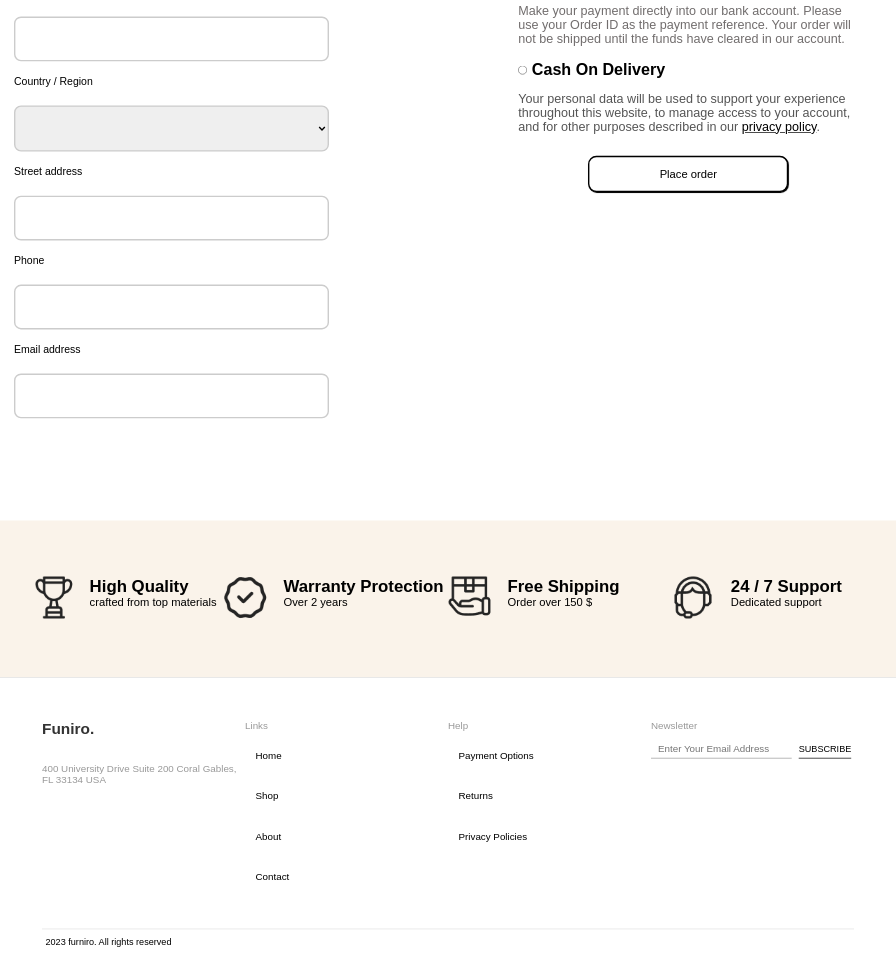
Repository: Ali1Kh/Furniro-ITI
Page: pages/checkout.html
An editor plug-in stored every save of this project. The page is shown before and after a run of saves, followed by the edit.
The browser window is 1280 px wide. The pictures show the part of the page from y = 792 to 2712 px (the page is 2169 px tall before and 2712 px after), at 70% of full size.

Above is the page before, as saved 2025-07-19 21:07:04.

### pages/checkout.html
<!DOCTYPE html>
<html lang="en">

<head>
  <meta charset="UTF-8">
  <meta name="viewport" content="width=device-width, initial-scale=1.0">
  <title>CheckOut</title>
  <link rel="shortcut icon" href="../assets/icons/Logo.png" type="image/x-icon">
  <link rel="stylesheet" href="../styles/index.css">
  <link rel="stylesheet" href="../styles/checkout.css">
</head>

<body>

  <nav>
    <!-- Navigation -->
    <div class="navBar">
      <div class="text">
        <p>Furniro</p>
      </div>

      <div class="menu-icon" onclick="toggleSidebar()">☰</div>

      <div class="navBarLinks">
        <ul>
          <li><a href="/pages/home.html">Home</a></li>
          <li><a href="/pages/shop.html">Shop</a></li>
          <li><a href="/">About</a></li>
          <li><a href="/pages/contact.html">Contact</a></li>
        </ul>
      </div>

     <div class="navBarIcons">
        <a href="/pages/Compare.html"><i class="fa-solid fa-user"></i></a>
        <a href="/pages/shop.html"><i class="fa-solid fa-magnifying-glass"></i></a>
        <a href="/"><i class="fa-solid fa-heart"></i></a>
        <a href="/pages/checkout.html"><i class="fa-solid fa-cart-plus"></i></a>
      </div>
    </div>


    <!-- Sidebar for mobile -->
    <div class="sidebar" id="sidebar">
      <a href="" onclick="toggleSidebar()">✖</a>
      <a href="">Home</a>
      <a href="/pages/shop.html">Shop</a>
      <a href="/">About</a>
      <a href="/pages/contact.html">Contact</a>
    </div>
  </nav>

  <main class="checkout">
    <div id="home">
      <div class="img-conteaner">
        <img src="../assets/img/Rectangle 1.png" alt="">

        <div class="text-conteaner">
          <img src="../assets/icons/Logo.png" alt="" style="width: 100px;height: 77px;margin-top: -80px; left: 1px; ">
          <h2 style="font-size: 48px; font-family: Poppins; top: 20px;">Checkout</h2>
          <h3 style="top: 30px;left: -11px; "><span style="width: 48;height: 24;top: 295px;left: 660px; ">Home ></span>
            Checkout</h3>
        </div>
      </div>
    </div>

    <div id="content">
      <div class="form">
        <h1 style="font-family: Poppins;font-weight: 600;font-style: SemiBold;font-size: 36px;">Billing details</h1>
        <br><br>
        <form>
          <div class="input" style="width: 200px;">
            <label>First name</label><br>
            <input type="text" name="firatname" id="firatname">
          </div>

          <div class="input" style="width: 200px; position: relative;bottom: 127px;left: 266px;">
            <label>Last name</label><br>
            <input type="text" name="lastname" id="lastname">
          </div>

          <div class="input" style="position: relative; bottom: 90px; width: 450px;">
            <label>Company Name (Optional)</label><br>
            <input type="text" name="Companyname(Optional)" id="Companyname(Optional)">
          </div>

          <div class="input" style="position: relative; bottom: 90px; width: 450px;">
            <label>Country / Region</label><br>
            <select>
              <option></option>
              <option>UK</option>
              <option>Argantina</option>
              <option>Brasil</option>
              <option>Egypt</option>
              <option>USA</option>
            </select>
          </div>

          <div class="input" style="position: relative; bottom: 90px; width: 450px;">
            <label>Street address</label><br>
            <input type="text" name="Streetaddress" id="Streetaddress">
          </div>

          <div class="input" style="position: relative; bottom: 90px; width: 450px;">
            <label>Phone</label><br>
            <input type="number" name="Phone" id="Phone">
          </div>

          <div class="input" style="position: relative; bottom: 90px; width: 450px;">
            <label>Email address</label><br>
            <input type="email" name="Emailaddress" id="Emailaddress">
          </div><br><br>

        </form>
      </div>
      <div class="table">
        <div class="order-summary">
          <h2>Product</h2>
          <table>
            <tr>
              <td>Asgaard sofa × 1</td>
              <td style="text-align: right;">Rs. 250,000.00</td>
            </tr>
            <tr>
              <td>Subtotal</td>
              <td style="text-align: right;">Rs. 250,000.00</td>
            </tr>
            <tr>
              <td>Total</td>
              <td style="text-align: right;" class="total">Rs. 250,000.00</td>
            </tr>
          </table><br><br>

          <div class="payment-methods">
            <label><input type="radio" name="payment" checked> Direct Bank Transfer</label>
            <p>
              Make your payment directly into our bank account. Please use your Order ID as the payment reference. Your
              order will not be shipped until the funds have cleared in our account.
            </p>

            <label><input type="radio" name="payment"> Cash On Delivery</label>
          </div>

          <div class="privacy">
            Your personal data will be used to support your experience throughout this website, to manage access to your
            account, and for other purposes described in our <a href="#">privacy policy</a>.
          </div>

          <button class="btn">Place order</button>
        </div>
      </div>
    </div>

    <div id="quality">
      <div class="1"
        style="display: flex; gap: 1.5rem; padding-top: 80px; padding-bottom: 80px;width: 25%;padding-left: 50px;">
        <div class="l"><img src="../assets/icons/Group copy.png" alt=""></div>
        <div class="r">
          <h2>High Quality</h2>
          <p>crafted from top materials</p>
        </div>

      </div>
      <div class="2" style="display: flex; gap: 1.5rem; padding-top: 80px; padding-bottom: 80px;width: 25%;">
        <div class="l"><img src="../assets/icons/Group (2).png" alt=""></div>
        <div class="r">
          <h2>Warranty Protection</h2>
          <p>Over 2 years</p>
        </div>

      </div>
      <div class="3" style="display: flex; gap: 1.5rem; padding-top: 80px; padding-bottom: 80px;width: 25%;">
        <div class="l"><img src="../assets/icons/Vector (2).png" alt=""></div>
        <div class="r">
          <h2>Free Shipping</h2>
          <p>Order over 150 $</p>
        </div>

      </div>
      <div class="4" style="display: flex; gap: 1.5rem; padding-top: 80px; padding-bottom: 80px;width: 25%;">
        <div class="l"><img src="../assets/icons/customer-support.png" alt=""></div>
        <div class="r">
          <h2>24 / 7 Support</h2>
          <p>Dedicated support</p>
        </div>

      </div>

    </div>
  </main>

  <footer class="footer">
    <div class="footer-container">
      <div class="footer-sec">
        <h2 class="logo">Funiro.</h2>
        <p style="padding-top: 20px;">400 University Drive Suite 200 Coral Gables,<br>FL 33134 USA</p>
      </div>

      <div class="footer-sec">
        <h4>Links</h4>
        <ul>
          <li><a href="#">Home</a></li>
          <li><a href="#">Shop</a></li>
          <li><a href="#">About</a></li>
          <li><a href="#">Contact</a></li>
        </ul>
      </div>

      <div class="footer-sec">
        <h4>Help</h4>
        <ul>
          <li><a href="#">Payment Options</a></li>
          <li><a href="#">Returns</a></li>
          <li><a href="#">Privacy Policies</a></li>
        </ul>
      </div>

      <div class="footer-sec new">
        <h4>Newsletter</h4>
        <div class="subscribe">
          <input type="email" placeholder="Enter Your Email Address">
          <button>SUBSCRIBE</button>
        </div>
      </div>
    </div>

    <div class="footer-bottom">
      <p>2023 furniro. All rights reserved</p>
    </div>
  </footer>

  <script src="../scripts/index.js"></script>

</body>

</html>

### styles/index.css
:root {
  --mainColor: #feeed8;
}

* {
  margin: 0;
  padding: 0;
  box-sizing: border-box;
}

body {
  font-family: "Poppins", sans-serif;
}

.navBar img {
  display: inline;
}

.navBar {
  width: 100%;
  height: 80px;
  display: flex;
  justify-content: space-between;
  align-items: center;
  padding: 0 50px;
  background-color: #fff;
  z-index: 1000;
  position: sticky;
  top: 0;
}

.navBarLinks ul {
  list-style: none;
  display: flex;
  gap: 60px;
}

.navBarLinks a {
  text-decoration: none;
  font-size: 18px;
  color: black;
}

.navBarIcons {
  display: flex;
  gap: 30px;
}

.text p {
  font-weight: bold;
  font-size: 22px;
  color: #b88e2f;
}

/* Sidebar for mobile */
.sidebar {
  height: 100%;
  width: 0;
  position: fixed;
  background-color: #8d8d8d;
  overflow-x: hidden;
  transition: 0.3s;
  padding-top: 60px;
  z-index: 999;
}
.sidebar a {
  padding: 12px 20px;
  text-decoration: none;
  font-size: 20px;
  color: white;
  display: block;
}
.sidebar a:hover {
  background-color: #444;
}

.menu-icon {
  font-size: 28px;
  cursor: pointer;
  display: none;
  padding: 15px;
}

/* Quality */

#quality {
  display: flex;
  background-color: rgba(250, 243, 234, 1);
  width: 100%;
}

/* Page Header */

#pageHeader .imge {
  position: relative;
  width: 100%;
  height: auto;
}

#pageHeader .imge img {
  width: 100%;
  height: auto;
  display: block;
}

#pageHeader .adresIn {
  position: absolute;
  top: 50%;
  left: 50%;
  transform: translate(-50%, -50%);
  color: black;
  text-align: center;
}

#pageHeader .mainP1 {
  font-size: 48px;
}
#pageHeader .scoundP1 {
  font-size: 16px;
}

.footerBox {
  height: 400px;
  width: 100%;
}
.with-line::before,
.with-line::after {
  content: "";
  display: block;
  height: 1px;
  background-color: #c6c6c6;
  margin: 20px auto;
  width: 100%;
}

.with-line::after {
  width: 82%;
}

.infoterbox {
  margin-left: 100px;
  margin-right: 100px;
  display: grid;
  grid-template-columns: 1fr 1fr 1fr 1.5fr;
  gap: 20px;
  padding: 30px;
  color: white;

  height: 100%;
}

.mainFooterBar {
  font-weight: bold;
  font-size: 24px;
  color: #000;
}
.scoundFooterBar {
  font-size: 16px;
  font-weight: 300;
  color: #9f9f9f;
  position: relative;
  top: 40px;
}

.prgraphF {
  position: relative;
  top: 54px;
}

.infoterboxLM a,
.infoterboxRM a {
  display: block;
  margin-top: 55px;
  text-decoration: none;
  color: #000;
  width: 70%;
}

.infoterboxLM p,
.infoterboxRM p,
.prgraphFF p {
  font-size: 16px;
  font-weight: 300;
  color: #9f9f9f;
}

.SUBSCRIBE {
  position: relative;
  top: 53px;
}

.SUBSCRIBE button {
  font-size: 14px;
  font-weight: bold;
  width: 85px;
  height: 21px;
  border: none;
  border-bottom: 1px solid black;
  margin-left: 15px;
  background-color: white;

  cursor: pointer;
}

.SUBSCRIBE input {
  font-size: 14px;
  width: 200px;
  height: 21px;
  color: #9f9f9f;
  border: none;
  border-bottom: 1px solid black;
}

.SUBSCRIBE input:focus {
  outline: none;
}

@media (max-width: 768px) {
  .navBarLinks {
    display: none;
  }
  .menu-icon {
    display: block;
  }
  .navBarIcons {
    display: none;
  }
}

@media (max-width: 767px) {
  .navBarIcons {
    display: none;
  }
}

### styles/checkout.css
* {
  margin: 0;
  padding: 0;
}
.checkout ul {
  list-style: none;
}

.checkout a {
  text-decoration: none;
}

/* start header */

#header {
  background-color: rgb(250, 245, 240);
  border: 1px solid #ccc;
  width: 100%;
  height: 90px;
}
#header .navbar {
  display: flex;
  justify-content: space-between;
  align-items: center;
}
#header .navbar .logo {
  display: flex;
  width: 185;
  height: 41;
  opacity: 1;
  top: 29px;
  left: 54px;
  gap: 5px;
}
#header .navbar img {
  width: 185;
  height: 41px;
  top: 29px;
  left: 54px;
  gap: 5px;
}

/* #header .navbar .imgs{
    width: 300px;
    display: flex;
    position: relative;
    bottom: 10px;
} */

#header .navbar ul {
  display: flex;
}
#header .navbar ul li a {
  position: relative;
  color: black;
  font-size: 25px;
  margin: 0 20px;
  font-weight: bold;
  transition: 0.3s ease;
  bottom: 15px;
}
#header .navbar ul li a:hover {
  color: bisque;
}

/* finish header */

.img-conteaner {
  position: relative;
  width: 100%;
}

.img-conteaner img {
  width: 100%;
  height: 316px;
  top: 100px;
}

.text-conteaner {
  position: absolute;
  top: 50%;
  left: 50%;
  transform: translate(-50%, -50%);
}
.text-conteaner h3 {
  position: relative;
  bottom: 90px;
  left: 40px;
}
.text-conteaner h2 {
  position: relative;
  bottom: 90px;
  left: -50px;
}

#content {
  display: flex;
  justify-content: space-between;
  gap: 8rem;
  max-width: 1240px;
  margin: auto;
  padding-top: 100px;
}

.form {
  width: 50%;
}

.form h1 {
  font-size: 36px;
  font-weight: 600;
  margin-bottom: 30px;
}

form label {
  font-weight: 500;
  margin-bottom: 8px;
  display: block;
  font-size: 15px;
}

form input,
form select {
  width: 100%;
  padding: 22px;
  border: 2px solid #ccc;
  border-radius: 10px;
  font-size: 14px;
}

.input {
  margin-bottom: 20px;
}

.table {
  width: 48%;
}

.order-summary {
  padding: 25px;
}

.order-summary h2 {
  font-size: 26px;
  margin-bottom: 20px;
}

.order-summary table {
  width: 100%;
  margin-bottom: 20px;
}

.order-summary table td {
  padding: 8px 0;
  font-size: 18px;
}

.order-summary .total {
  font-weight: bold;
  color: #d89c00;
  font-size: 26px;
}

.payment-methods label {
  display: block;
  margin-bottom: 10px;
  font-weight: bold;
  font-size: 23px;
}

.payment-methods p {
  font-size: 18px;
  color: #716d6d;
  margin: 10px 0 20px;
  line-height: 1.1;
}

.privacy {
  font-size: 18px;
  color: #555;
  margin: 20px 0;
  line-height: 1.1;
}

.privacy a {
  text-decoration: underline;
  color: black;
}

.btn {
  padding: 15px 100px;
  background: #fff;
  border: 2px solid black;
  border-radius: 12px;
  font-size: 16px;
  transition: 0.3s ease;
  margin-left: 100px;
  margin-top: 10px;
  box-shadow: 1px 1px 1px black;
}

.btn:hover {
  background-color: #babd8e;
}

.footer {
  background-color: #fff;
  padding: 40px 60px 20px;
  border-top: 1px solid #e0e0e0;
  color: #333;
}

.footer-container {
  display: flex;
}

.footer-sec {
  flex: 1 1 200px;
  margin: 20px 0;
}

.footer-sec h2.logo {
  font-size: 22px;
  font-weight: 700;
  margin-bottom: 15px;
}

.footer-sec h4 {
  font-size: 14px;
  font-weight: 500;
  color: #999;
  margin-bottom: 10px;
}

.footer-sec ul {
  list-style: none;
  padding: 0;
  margin: 0;
}

.footer-sec ul li {
  margin-bottom: 10px;
  padding: 15px;
}

.footer-sec ul li a {
  text-decoration: none;
  color: #000;
  font-size: 14px;
}

.footer-sec p {
  color: #999;
  font-size: 14px;
}

.new .subscribe {
  display: flex;
  gap: 10px;
  margin-top: 10px;
}

.new input {
  padding: 6px 10px;
  font-size: 14px;
  border: none;
  border-bottom: 1px solid #999;
  outline: none;
}

.new button {
  background: none;
  border: none;
  border-bottom: 1px solid #000;
  color: #000;
  font-size: 13px;
  font-weight: 500;
}

.footer-bottom {
  border-top: 1px solid #e0e0e0;
  padding: 5px;
  margin-top: 20px;
  padding-top: 10px;
  text-align: left;
  font-size: 13px;
  color: #000;
}
@media (max-width: 767px){

}

### scripts/index.js
function toggleSidebar() {
  const sidebar = document.getElementById("sidebar");
  if (sidebar.style.width === "250px") {
    sidebar.style.width = "0";
  } else {
    sidebar.style.width = "250px";
  }
}

function toggleSidebar() {
  const sidebar = document.getElementById("sidebar");
  if (sidebar.style.display === "flex") {
    sidebar.style.display = "none";
  } else {
    sidebar.style.display = "flex";
  }
}

After the next 2 saves:
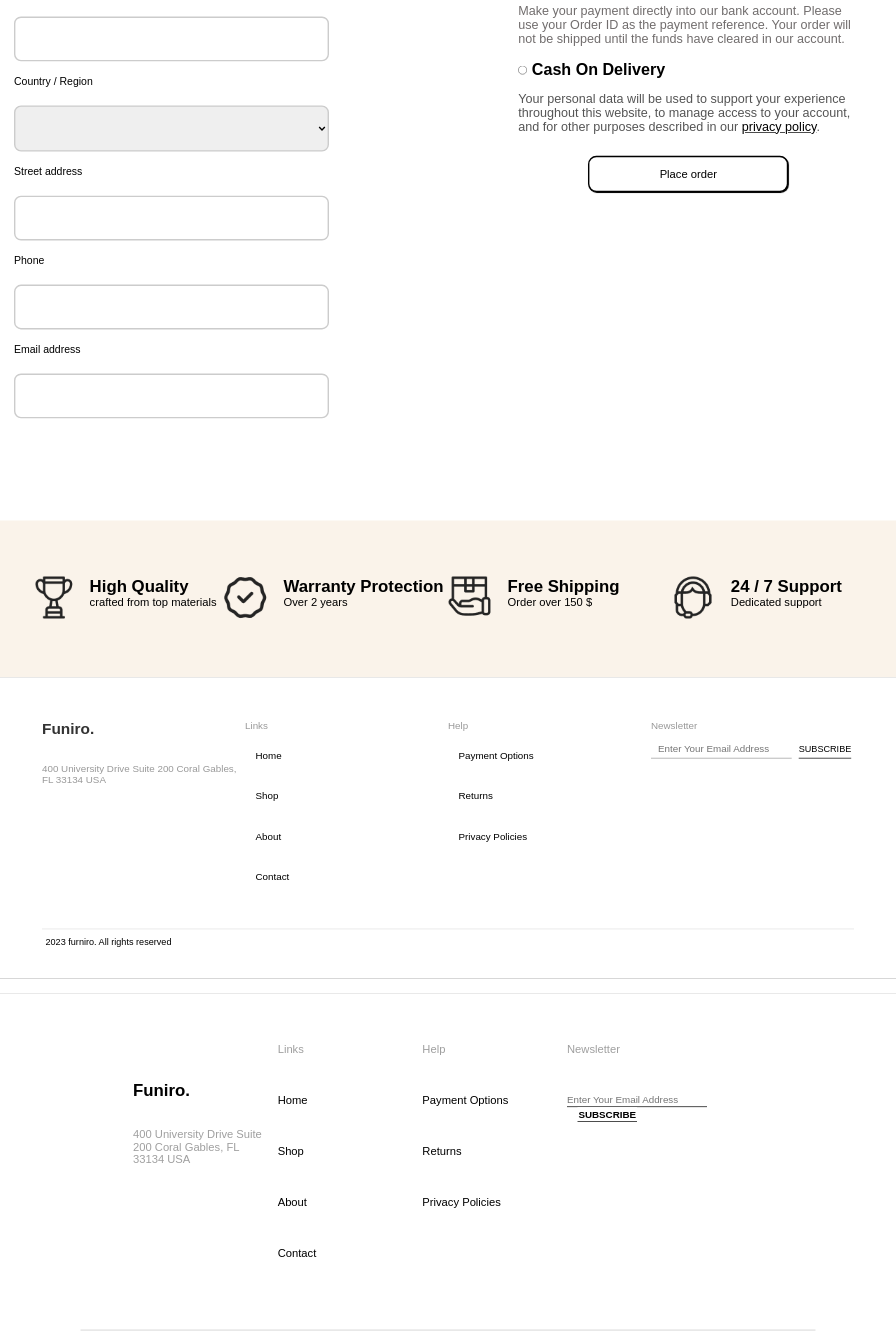
The 2 saves are shown as one change because they came seconds apart.
The last was saved 2 min 11 s later.
--- a/pages/checkout.html
+++ b/pages/checkout.html
@@ -228,6 +228,48 @@
     </div>
   </footer>
 
+
+  <div class="the_end with-line">
+      <div class="footer">
+        <div class="footerBox">
+          <div class="infoterbox">
+            <div class="infoterboxL">
+              <div class="prgraphF">
+                <p class="mainFooterBar">Funiro.</p>
+                <p class="scoundFooterBar">400 University Drive Suite 200 Coral Gables,
+                  FL 33134 USA</p>
+              </div>
+            </div>
+            <div class="infoterboxLM">
+              <div class="prgraphFF">
+                <p>Links</p>
+                <a href="#">Home</a>
+                <a href="#">Shop</a>
+                <a href="#">About</a>
+                <a href="#">Contact</a>
+              </div>
+            </div>
+            <div class="infoterboxRM" <div class="prgraphFF">
+              <p>Help</p>
+              <a href="#">Payment Options</a>
+              <a href="#">Returns</a>
+              <a href="#">Privacy Policies</a>
+            </div>
+
+            <div class="infoterboxR">
+              <div class="prgraphFF">
+                <p>Newsletter</p>
+                <div class="SUBSCRIBE">
+                  <input type="text" placeholder="Enter Your Email Address">
+                  <button type="button">SUBSCRIBE</button>
+                </div>
+              </div>
+            </div>
+          </div>
+        </div>
+      </div>
+    </div>
+
   <script src="../scripts/index.js"></script>
 
 </body>
